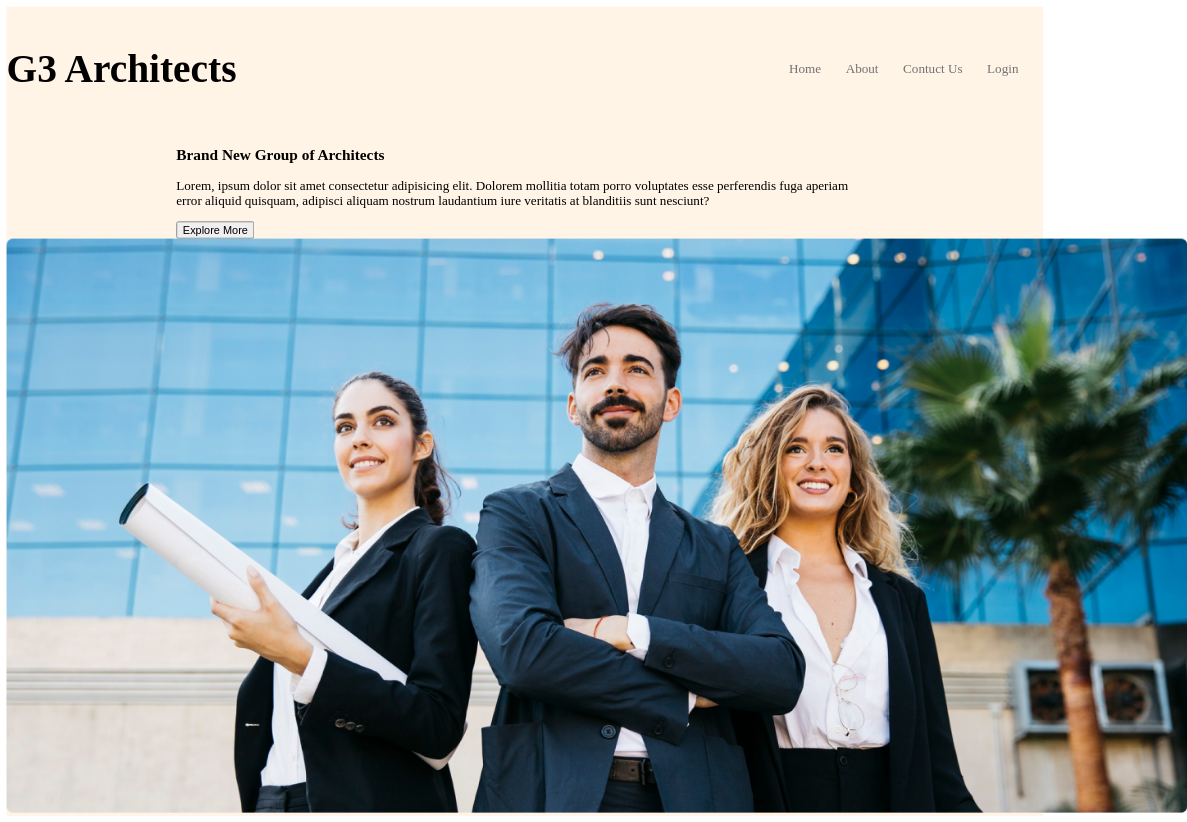
Repository: Safin421/g3-responsive-website
Page: index.html
These files come from the project's save history. The page is drawn as it stood at one moment and after the next save; the edit follows.
The browser window is 1280 px wide. The page is 1448 px wide, so the pictures cover 1448 px, including what lies to the right of the window. The pictures show the whole page, at 82% of full size.

Above is the page before, as saved 2024-08-19 23:03:02.

### index.html
<!DOCTYPE html>
<html lang="en">
<head>
    <meta charset="UTF-8">
    <meta name="viewport" content="width=device-width, initial-scale=1.0">
    <title>Document</title>
    <link rel="stylesheet" href="style/style.css">
</head>
<body class="work-sans-font">
    <header class="bg-light">
        <nav class="navbar display-flex">
            <h3 class="Brand">G3 Architects</h3>
            <ul class="nav-links display-flex">
                <li class="nav-items"><a href="" class="nav-link text-gray-light">Home</a></li>
                <li class="nav-items"><a href="" class="nav-link text-gray-light">About</a></li>
                <li class="nav-items"><a href="" class="nav-link text-gray-light">Contuct Us </a></li>
                <li class="nav-items"><a href="" class="nav-link text-gray-light">Login</a></li>
            </ul>
        </nav>
        <div class="baner">
           <div class="baner-content">
            <h3 class="baner-titel">Brand New Group of Architects </h3>
            <p class="baner-description">Lorem, ipsum dolor sit amet consectetur adipisicing elit. Dolorem mollitia totam porro voluptates esse perferendis fuga aperiam error aliquid quisquam, adipisci aliquam nostrum laudantium iure veritatis at blanditiis sunt nesciunt?</p>
            <button class="btn-primary">Explore More</button>
           </div>
            <img src="images/banner.png" alt="">

        </div>


    </header>
    <main>

    </main>
    <footer>

    </footer>
</body>
</html>

### style/style.css
@import url('https://fonts.googleapis.com/css2?family=Work+Sans:ital,wght@0,100..900;1,100..900&display=swap');



.work-sans-font> {
  font-family: "Work Sans", sans-serif;
  font-optical-sizing: auto;
  font-weight:400;
  font-style: normal;
}
/* share style */
.display-flex{
    display: flex;
}
/* dark02 */
.text-gray{
    color: #424242;
}
/* dark03 */
.text-gray-light{
    color: #727272;
}
.bg-light{
    background-color: rgba(255, 144, 14, 0.1);
}
/* header style */

/* nav releted style */
.navbar{
    justify-content: space-between;
    align-items: center;
}
.Brand{
    font-weight: 700;
    font-size: 3rem;
}
.nav-items{
    list-style: none;
    margin-right: 30px;
}
.nav-link{
    text-decoration: none;
}
.navbar , .baner{
    max-width: 1440px;
    margin: 0 auto;
}
/* banner style */
.baner-content{
    max-width: 850px;
    margin: 0 auto;
}

After the next save:
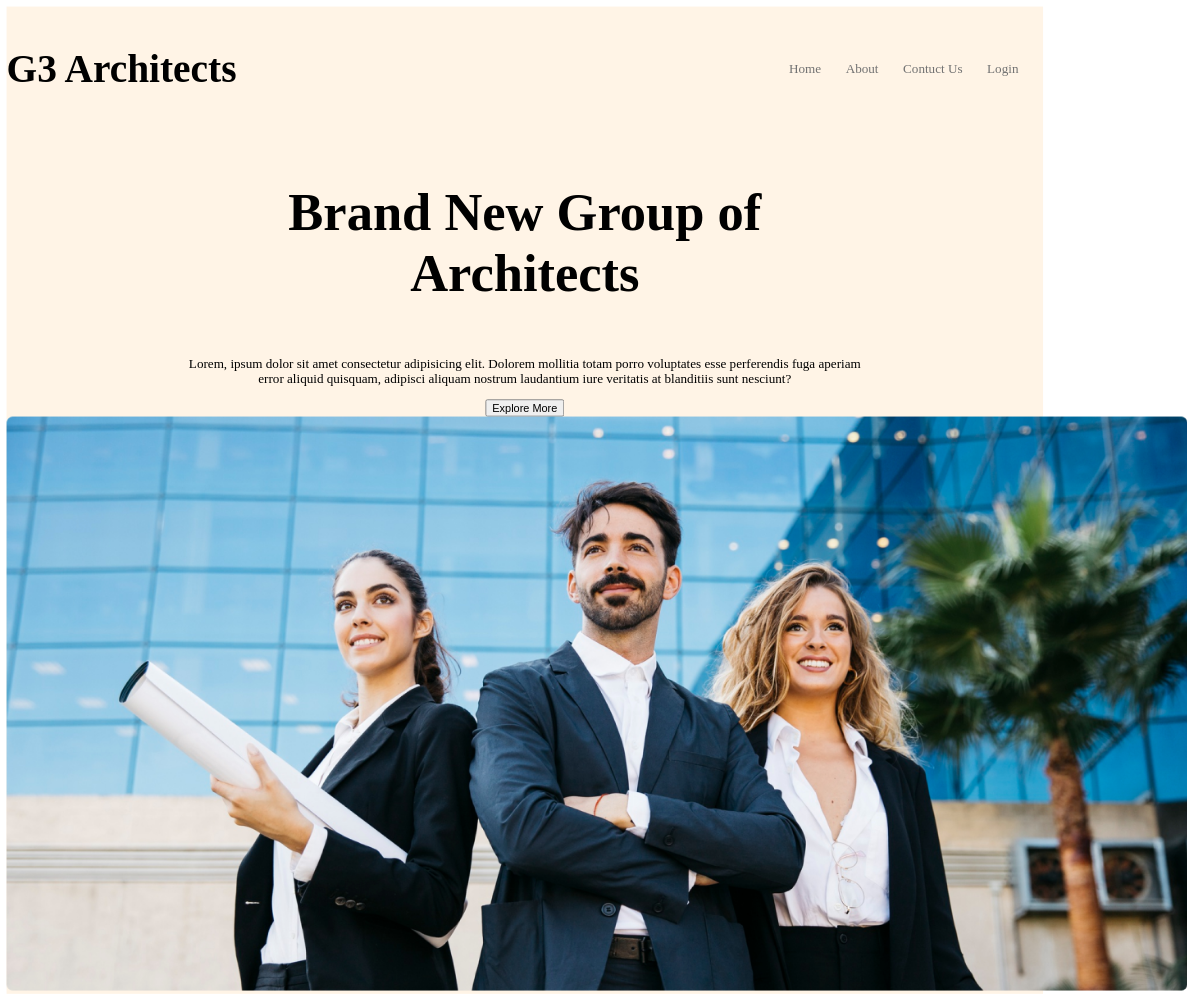
Saved 2 min 32 s later.
--- a/style/style.css
+++ b/style/style.css
@@ -49,4 +49,9 @@
 .baner-content{
     max-width: 850px;
     margin: 0 auto;
+    text-align: center;
 }
+.baner-titel{
+    font-weight: 700;
+    font-size: 4rem;
+}
